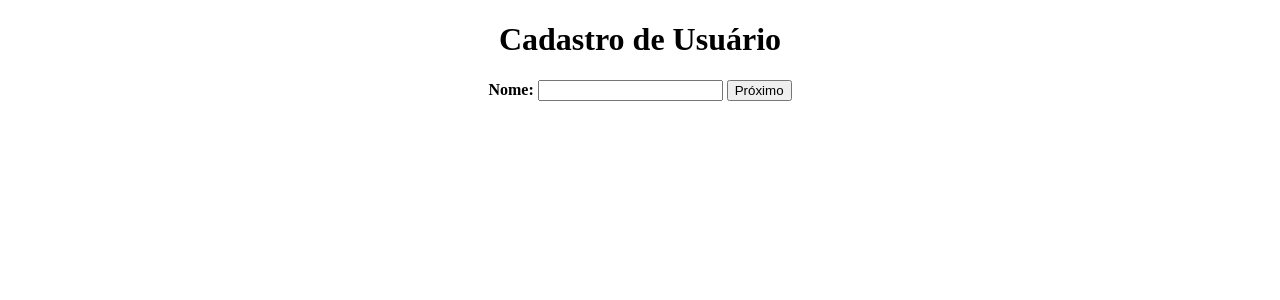
Repository: yoda4ever/playground
Page: http://localhost/Mod06_ex02B/tela1.jsp
These files come from the project's save history. The page is drawn as it stood at one moment and after the next save; the edit follows.
The browser window is 1280 px wide. The pictures show the whole page.
The page is served by Tomcat 9. Other server files are loaded and not shown.

Above is the page before, as saved 2017-05-06 15:32:50.

### Mod06_ex02B/WebContent/tela1.jsp
<%@ page language="java" contentType="text/html; charset=ISO-8859-1"
    pageEncoding="ISO-8859-1"%>
<!DOCTYPE html PUBLIC "-//W3C//DTD HTML 4.01 Transitional//EN" "http://www.w3.org/TR/html4/loose.dtd">
<html>
<head>
<meta http-equiv="Content-Type" content="text/html; charset=ISO-8859-1">
<title>Cadastro</title>
</head>
<body>

		<center>
			<h1>Cadastro de Usuário</h1>
		</center>

		<center>
			<form action="Cadastrar" method="post">
				<input type="hidden" name="pagina" value="1">
				<p><strong>Nome:</strong>
				<input type="text" maxlength="20" name="nome">
				<button>Próximo</button>
			</form>
		</center>



</body>
</html>

After the next save:
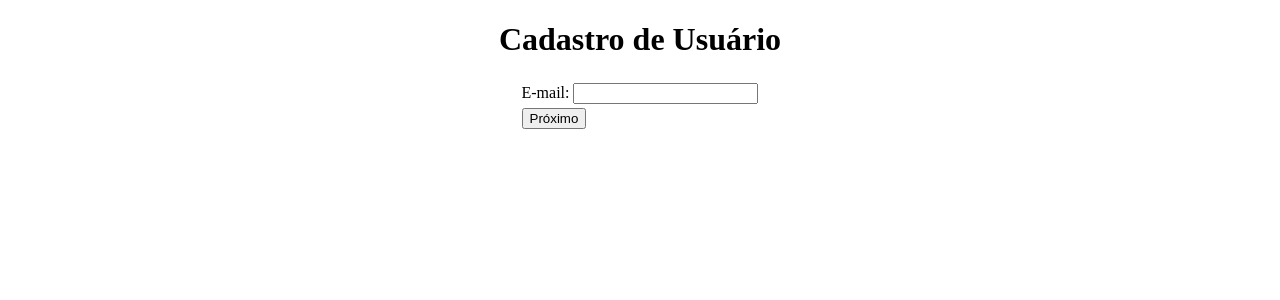
Saved 31 s later.
--- a/Mod06_ex02B/WebContent/tela1.jsp
+++ b/Mod06_ex02B/WebContent/tela1.jsp
@@ -14,11 +14,18 @@
 
 		<center>
 			<form action="Cadastrar" method="post">
-				<input type="hidden" name="pagina" value="1">
-				<p><strong>Nome:</strong>
-				<input type="text" maxlength="20" name="nome">
-				<button>Próximo</button>
-			</form>
+<input type="hidden" name="pagina" value="1">
+<table>
+	<tr>
+		<td>E-mail:</td>
+		<td><input type="text" name="email"></td>
+	</tr>
+	<tr>
+		<td colspan="2"><input type="submit" value="Próximo"></td>
+	</tr>
+</table>
+</form>
+
 		</center>
 
 

After the save that followed:
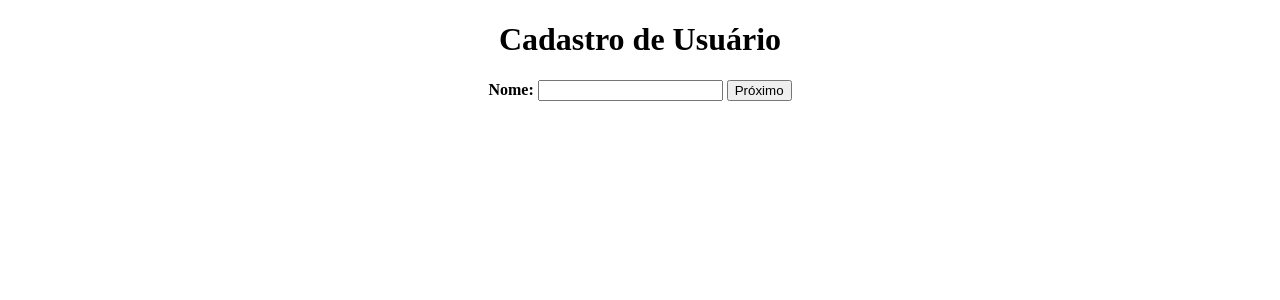
Saved 22 s later.
--- a/Mod06_ex02B/WebContent/tela1.jsp
+++ b/Mod06_ex02B/WebContent/tela1.jsp
@@ -14,18 +14,11 @@
 
 		<center>
 			<form action="Cadastrar" method="post">
-<input type="hidden" name="pagina" value="1">
-<table>
-	<tr>
-		<td>E-mail:</td>
-		<td><input type="text" name="email"></td>
-	</tr>
-	<tr>
-		<td colspan="2"><input type="submit" value="Próximo"></td>
-	</tr>
-</table>
-</form>
-
+				<input type="hidden" name="pagina" value="1">
+				<p><strong>Nome:</strong>
+				<input type="text" maxlength="20" name="nome">
+				<button>Próximo</button>
+			</form>
 		</center>
 
 
